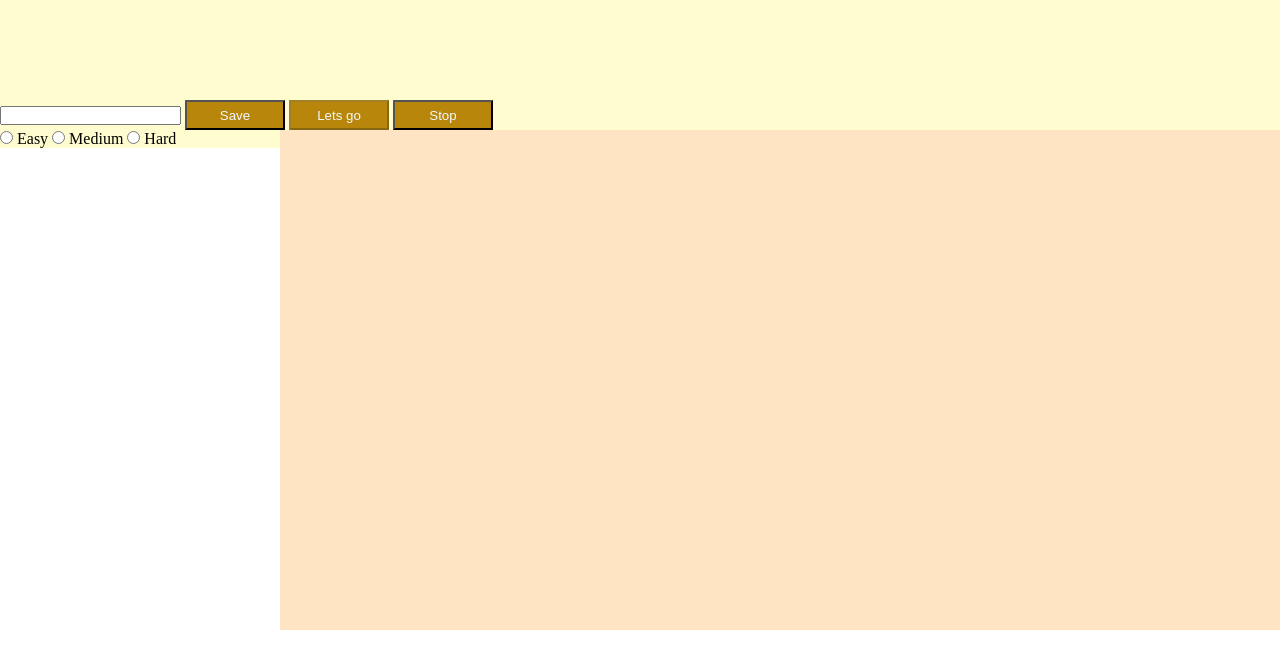
Repository: AytacSafarova/Bubble-game
Page: Bubble-game/index.html
The author's editor kept a copy of each file at every save. The page is drawn from the files as they stood at one save, then again after the next save.
The browser window is 1280 px wide. The pictures show the whole page.

Above is the page before, as saved 2022-09-05 18:09:12.

After the next save:
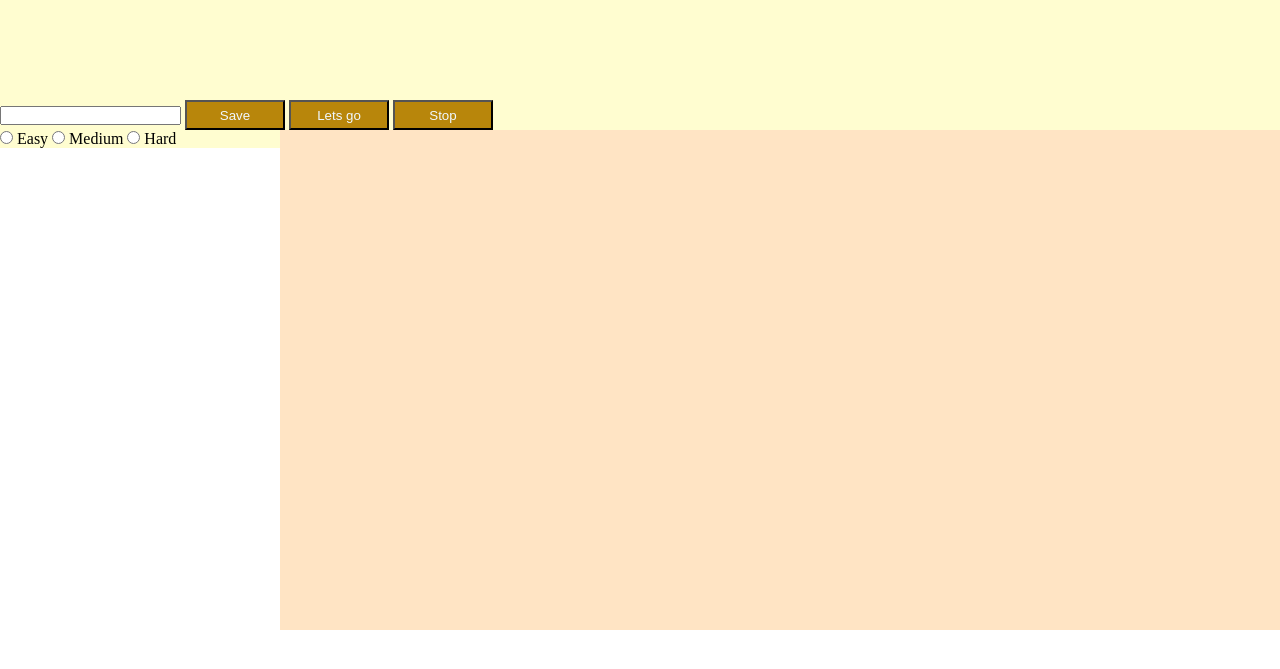
Saved 8 s later.
--- a/Bubble-game/index.html
+++ b/Bubble-game/index.html
@@ -12,7 +12,7 @@
         <input type="text">
         <button class="save">Save</button>
 
- <button class="start" disabled>Lets go</button>
+ <button class="start" >Lets go</button>
  <button class="stop">Stop</button>
 
 
